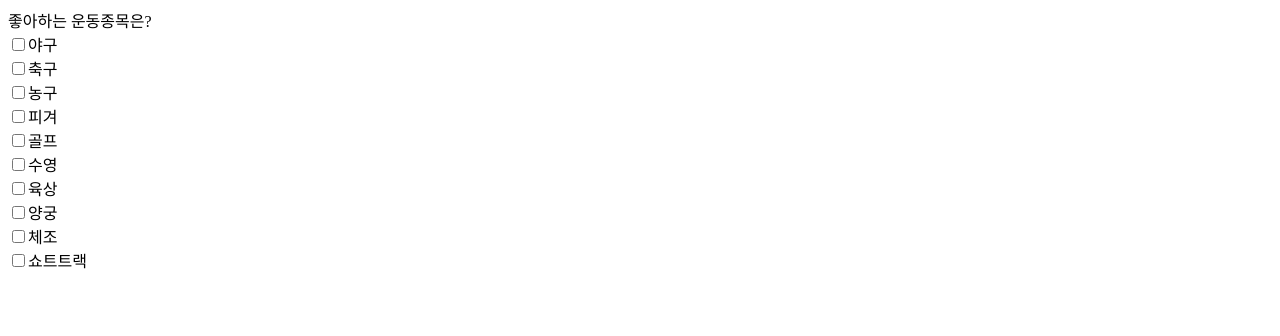
Repository: wooyeonhui/SmartContents
Page: http://localhost/MyHome4/array/sendArray.jsp
These files come from the project's save history. The page is drawn as it stood at one moment and after the next save; the edit follows.
The browser window is 1280 px wide. The pictures show the whole page.
The page is served by Tomcat 9.

Above is the page before, as saved 2017-01-13 02:34:12.

### Java/workspace_20170111/MyHome4/array/sendArray.jsp
<%@ page language="java" contentType="text/html; charset=utf-8"
    pageEncoding="utf-8"%>
<!DOCTYPE html PUBLIC "-//W3C//DTD HTML 4.01 Transitional//EN" "http://www.w3.org/TR/html4/loose.dtd">
<html>
<head>
<meta http-equiv="Content-Type" content="text/html; charset=utf-8">
<title>Insert title here</title>
</head>
<body>
<form name="form" action="receiveArray.jsp">
  <span>좋아하는 운동종목은?</span><br/>
 <input type="checkbox" name="sports" value="1">야구<br/>
 <input type="checkbox" name="sports" value="2">축구<br/>
 <input type="checkbox" name="sports" value="3">농구<br/>
 <input type="checkbox" name="sports" value="4">피겨<br/>
 <input type="checkbox" name="sports" value="5">골프<br/>
 <input type="checkbox" name="sports" value="6">수영<br/>
 <input type="checkbox" name="sports" value="7">육상<br/>
 <input type="checkbox" name="sports" value="8">양궁<br/>
 <input type="checkbox" name="sports" value="9">체조<br/>
 <input type="checkbox" name="sports" value="10">쇼트트랙<br/>
</form>
</body>
</html>

After the next save:
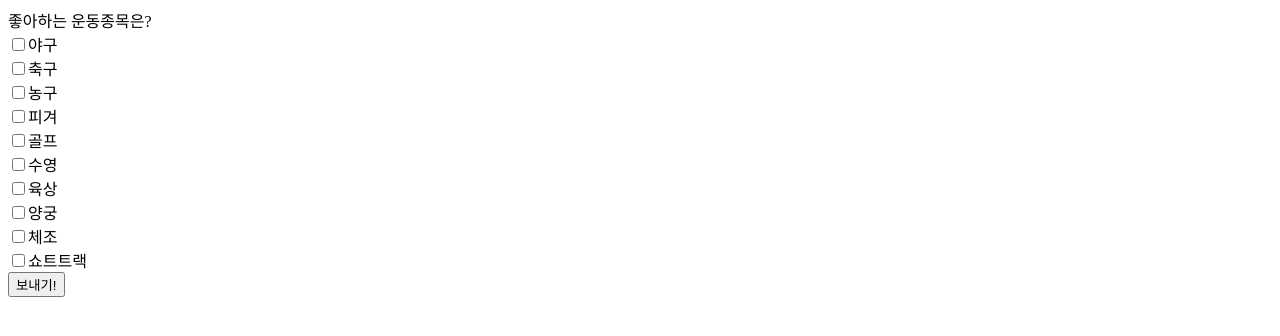
Saved 9 min 30 s later.
--- a/Java/workspace_20170111/MyHome4/array/sendArray.jsp
+++ b/Java/workspace_20170111/MyHome4/array/sendArray.jsp
@@ -19,6 +19,8 @@
  <input type="checkbox" name="sports" value="8">양궁<br/>
  <input type="checkbox" name="sports" value="9">체조<br/>
  <input type="checkbox" name="sports" value="10">쇼트트랙<br/>
+
+  <input type="button" value="보내기!">
 </form>
 </body>
 </html>
